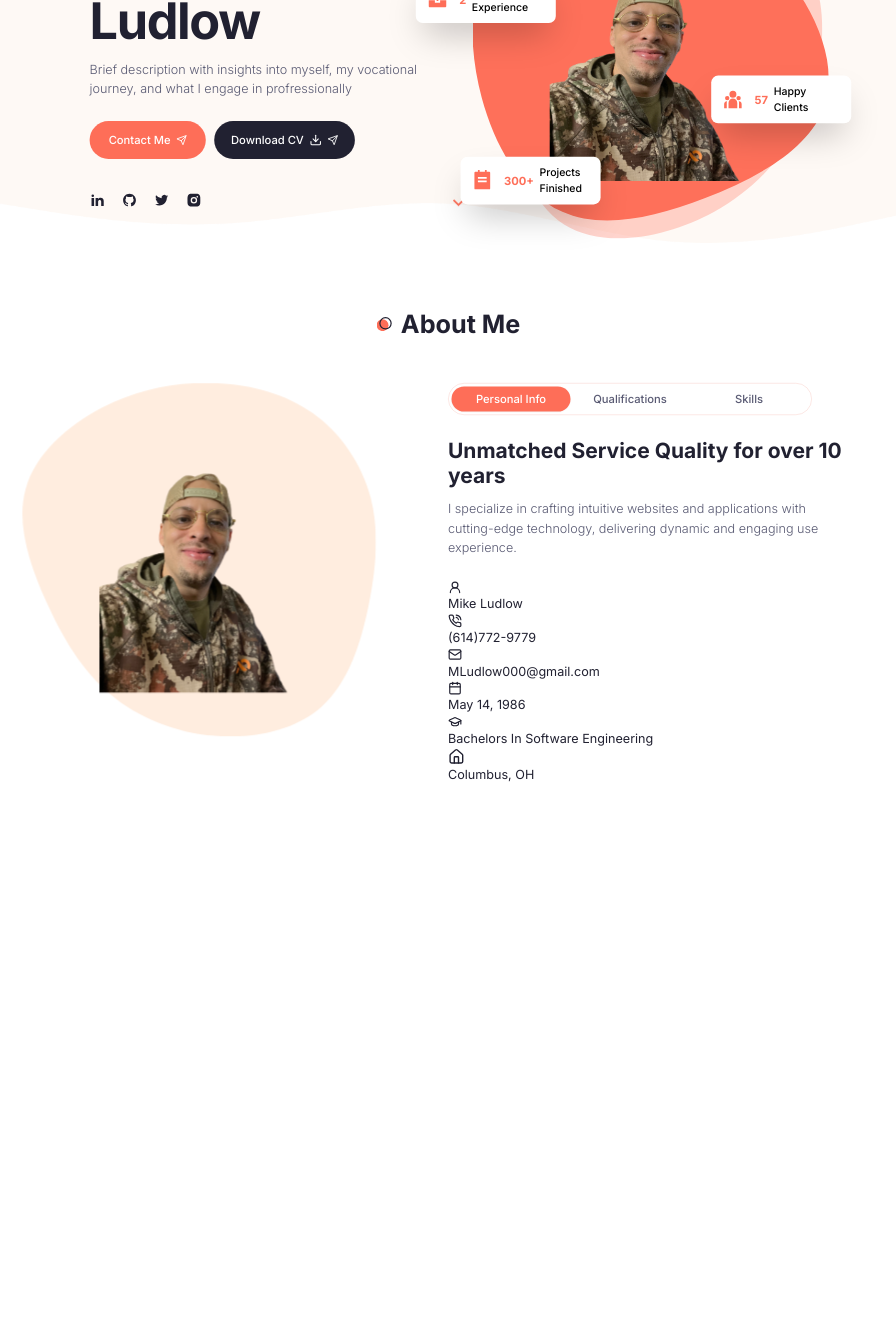
Repository: MikeeBuilds/mike-port
Page: /
These files come from the project's save history. The page is drawn as it stood at one moment and after the next save; the edit follows.
The browser window is 1280 px wide. The pictures show the part of the page from y = 360 to 2280 px (the page is 5591 px tall), at 70% of full size.
The project was rebuilt for these pictures with package versions that can differ from the ones it lists, and the page was loaded fresh each time. The framework's server and built-in components were replaced by stand-ins that run in the browser. Also part of the build but not shown: next.config.js.

Above is the page before, as saved 2023-11-30 14:20:24.

After the next save:
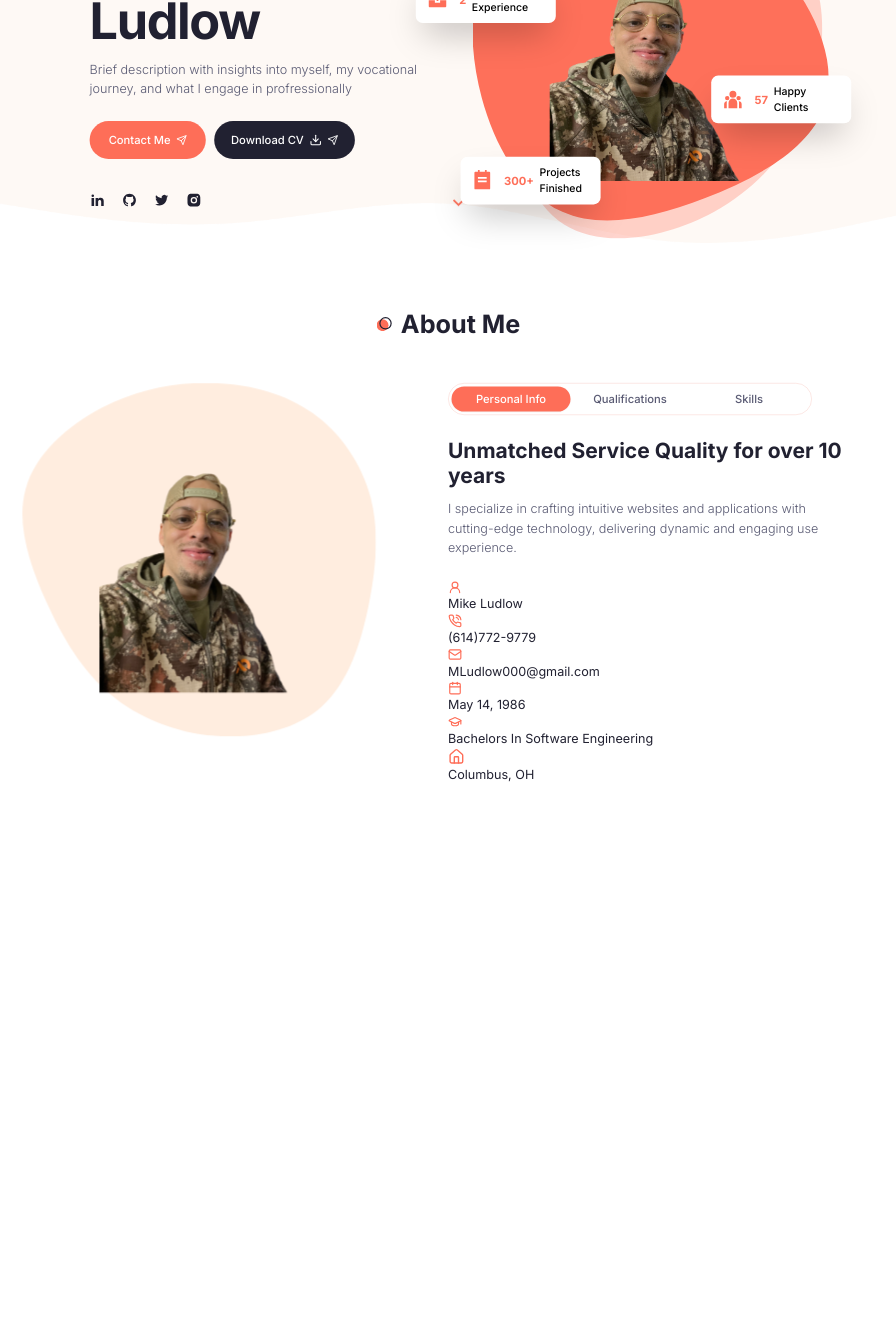
Saved 9 s later.
--- a/components/About.jsx
+++ b/components/About.jsx
@@ -171,7 +171,7 @@
                       {infoData.map((item, index) => {
                         return (
                           <div key={index}>
-                             <div className="">{item.icon}</div>
+                             <div className="text-primary">{item.icon}</div>
                              <div>{item.text}</div>
                           </div>
                         )
